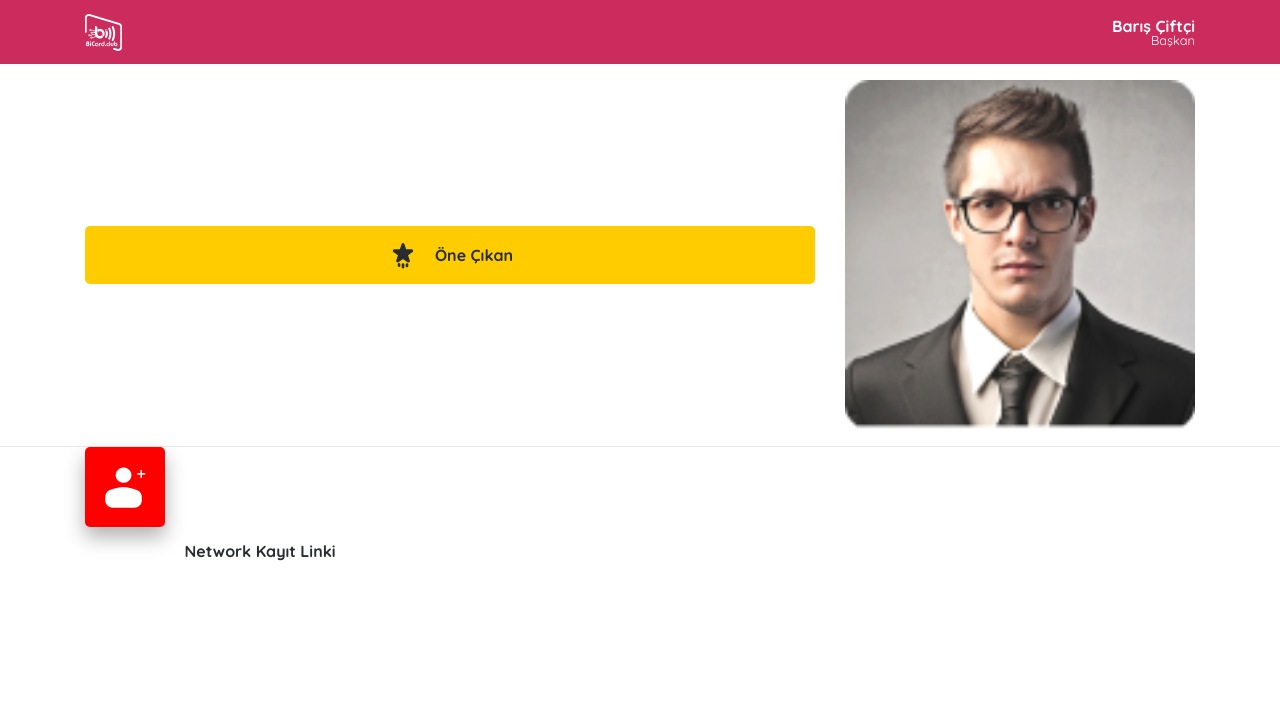
Repository: KayahanKahriman/bicard
Page: index.html
The author's editor kept a copy of each file at every save. The page is drawn from the files as they stood at one save, then again after the next save.
The browser window is 1280 px wide. The pictures show the whole page.
The style sheet was rebuilt from its Sass, Less or Tailwind sources for each picture, by a compiler version that may differ from the author's.

Above is the page before, as saved 2021-12-01 12:23:46.

### index.html
<!doctype html>
<html>

<head>
    <meta name="viewport" content="width=device-width, initial-scale=1, maximum-scale=1, user-scalable=no">
    <meta charset="utf-8" />
    <title>Title</title>
    <link rel="preconnect" href="https://fonts.googleapis.com">
    <link rel="preconnect" href="https://fonts.gstatic.com" crossorigin>
    <link href="https://fonts.googleapis.com/css2?family=Quicksand:wght@400;500;700&display=swap" rel="stylesheet">
    <link href="./assets/css/style.css" type="text/css" rel="stylesheet" />
</head>

<body>
    <header id="app-bar">
        <div class="container h-100">
            <div class="row h-100 align-items-center justify-content-between">
                <div class="col-1">
                    <img src="./assets/images/logo.png" alt="">
                </div>
                <div class="col-11">
                    <div id="app-bar-right">
                        <p id="person-name">Barış Çiftçi</p>
                        <p id="person-title">Başkan</p>
                    </div>
                </div>
            </div>
        </div>
    </header>

    <section id="profile" class="py-3">
        <div class="container">
            <div class="row align-items-center justify-content-center text-center">
                <div class="col-8">
                    <a href="#" class="button jumbo-button button-has-icon"><img src="./assets/images/ranking.svg" alt="">Öne Çıkan</a>
                </div>
                <div class="col-4">
                    <img class="img-contain" src="./assets/images/avatar.png" alt="">
                </div>
            </div>
        </div>
    </section>

    <section id="icon-grid">
        <div class="container">
            <div class="row">
                <div class="col-4">
                    <div class="icon-grid-item">
                        <div class="icon-grid-item-icon">
                            <img src="./assets/images/user-add.png" alt="">
                        </div>
                        <div class="icon-grid-item-title">
                            Network Kayıt Linki
                        </div>
                    </div>
                </div>
            </div>
        </div>
    </section>

    <script src="https://unpkg.com/swiper/swiper-bundle.min.js"></script>
    <script type="text/javascript" src="assets/js/index.js"></script>
</body>

</html>

### assets/scss/style.scss
@import "main";

#app-bar {
  background-color: var(--primary-color);
  height: var(--app-bar-height);
  width: 100%;
  color: white;

  #person-name,
  #person-title {
    line-height: 1;
    text-align: right;
    margin-bottom: 0;
  }

  #person-name {
    font-weight: 600;
  }

  #person-title {
    font-size: 0.8em;
  }
}

#profile {
  background-color: white;
  position: relative;
  top: var(--app-bar-height);
  position: sticky;
  width: 100%;
  border-bottom: 1px solid var(--border-color);
}

/*------------------------------------*\
    RESPONSIVE
\*------------------------------------*/

@media only screen and (min-width: 320px) {
}

@media only screen and (min-width: 480px) {
}

@media only screen and (min-width: 768px) {
}

@media only screen and (min-width: 1024px) {
}

@media only screen and (min-width: 1140px) {
}

@media only screen and (min-width: 1280px) {
}

@media only screen and (-webkit-min-device-pixel-ratio: 1.5),
  only screen and (min-resolution: 144dpi) {
}

### assets/scss/_main.scss
@import "./flex-grid/flexgrid";
@import "vars";
@import "https://unpkg.com/swiper/swiper-bundle.min.css";

*,
*:after,
*:before {
  margin: 0;
  padding: 0;
  -webkit-font-smoothing: antialiased;
  text-rendering: optimizeLegibility;
}

.row-no-padding {
  margin-left: 0;
  margin-right: 0;

  [class*="col-"] {
    padding-left: 0 !important;
    padding-right: 0 !important;
  }
}

a {
  color: var(--link-color);
  text-decoration: none;
}

a:hover,
a:focus,
a:active {
  text-decoration: none;
  outline: none;
}

html,
body {
  height: 100%;
  min-height: 100%;
}

body {
  font-size: 16px;
  color: var(--text-color);
  font-family: var(--primary-font);
  font-weight: 400;
}

.button {
  border-radius: 5px;
  padding: 0.5em 1em;
  transition: all 0.3s ease-in-out;

  &:hover {
    color: var(--text-color);
  }
}

.primary-button {
  background-color: var(--primary-color);

  &:hover {
    background-color: var(--primary-font);
  }
}

.jumbo-button {
  background-color: var(--secondary-color);
  font-weight: 600;
  padding: 0.8em 2em;

  &:hover {
    background-color: var(--darker-secondary-color);
  }
}

.button-has-icon {
  display: flex;
  align-items: center;
  justify-content: center;
  column-gap: 1em;

  img,
  svg {
    width: 2em;
    height: 2em;
    object-position: center;
    object-fit: contain;
  }
}

.img-contain {
  width: 100%;
  height: 100%;
  object-fit: contain;
  object-position: center center;
}
.icon-grid-item {
  display: flex;
  flex-direction: column;
  text-align: center;
  font-weight: 600;
  gap: 1em;

  .icon-grid-item-icon {
    border-radius: 5px;
    background-color: red;
    box-shadow: 0 10px 20px #00000050;
    width: 5em;
    aspect-ratio: 1 / 1;
    display: flex;
    align-items: center;
    justify-content: center;
  }

  .icon-grid-item-title {
    line-height: 1;
  }
}

### assets/scss/flex-grid/_flexgrid.scss
@import "functions";
@import "variables";
@import "mixins";
@import "reboot";
@import "utilities";
@import "grid";

### assets/scss/flex-grid/_functions.scss
// Bootstrap functions
//
// Utility mixins and functions for evaluating source code across our variables, maps, and mixins.

// Ascending
// Used to evaluate Sass maps like our grid breakpoints.
@mixin _assert-ascending($map, $map-name) {
  $prev-key: null;
  $prev-num: null;
  @each $key, $num in $map {
    @if $prev-num == null or unit($num) == "%" {
      // Do nothing
    } @else if not comparable($prev-num, $num) {
      @warn "Potentially invalid value for #{$map-name}: This map must be in ascending order, but key '#{$key}' has value #{$num} whose unit makes it incomparable to #{$prev-num}, the value of the previous key '#{$prev-key}' !";
    } @else if $prev-num >= $num {
      @warn "Invalid value for #{$map-name}: This map must be in ascending order, but key '#{$key}' has value #{$num} which isn't greater than #{$prev-num}, the value of the previous key '#{$prev-key}' !";
    }
    $prev-key: $key;
    $prev-num: $num;
  }
}

// Starts at zero
// Used to ensure the min-width of the lowest breakpoint starts at 0.
@mixin _assert-starts-at-zero($map, $map-name: "$grid-breakpoints") {
  $values: map-values($map);
  $first-value: nth($values, 1);
  @if $first-value != 0 {
    @warn "First breakpoint in #{$map-name} must start at 0, but starts at #{$first-value}.";
  }
}

// Replace `$search` with `$replace` in `$string`
// Used on our SVG icon backgrounds for custom forms.
//
// @author Hugo Giraudel
// @param {String} $string - Initial string
// @param {String} $search - Substring to replace
// @param {String} $replace ('') - New value
// @return {String} - Updated string
@function str-replace($string, $search, $replace: "") {
  $index: str-index($string, $search);

  @if $index {
    @return str-slice($string, 1, $index - 1) + $replace + str-replace(str-slice($string, $index + str-length($search)), $search, $replace);
  }

  @return $string;
}

// Color contrast
@function color-yiq($color, $dark: $yiq-text-dark, $light: $yiq-text-light) {
  $r: red($color);
  $g: green($color);
  $b: blue($color);

  $yiq: (($r * 299) + ($g * 587) + ($b * 114)) / 1000;

  @if ($yiq >= $yiq-contrasted-threshold) {
    @return $dark;
  } @else {
    @return $light;
  }
}

// Retrieve color Sass maps
@function color($key: "blue") {
  @return map-get($colors, $key);
}

@function theme-color($key: "primary") {
  @return map-get($theme-colors, $key);
}

@function gray($key: "100") {
  @return map-get($grays, $key);
}

// Request a theme color level
@function theme-color-level($color-name: "primary", $level: 0) {
  $color: theme-color($color-name);
  $color-base: if($level > 0, $black, $white);
  $level: abs($level);

  @return mix($color-base, $color, $level * $theme-color-interval);
}

### assets/scss/flex-grid/_mixins.scss
// Toggles
//
// Used in conjunction with global variables to enable certain theme features.

// Vendor
@import "vendor/rfs";


// Utilities
@import "mixins/breakpoints";
@import "mixins/image";
@import "mixins/hover";
@import "mixins/deprecate";
@import "mixins/text-hide";
@import "mixins/text-truncate";
@import "mixins/text-emphasis";
@import "mixins/size";


// // Layout
@import "mixins/clearfix";
@import "mixins/grid-framework";
@import "mixins/grid";
@import "mixins/float";

### assets/scss/flex-grid/mixins/_image.scss
// Image Mixins
// - Responsive image
// - Retina image


// Responsive image
//
// Keep images from scaling beyond the width of their parents.

@mixin img-fluid {
  // Part 1: Set a maximum relative to the parent
  max-width: 100%;
  // Part 2: Override the height to auto, otherwise images will be stretched
  // when setting a width and height attribute on the img element.
  height: auto;
}


// Retina image
//
// Short retina mixin for setting background-image and -size.

@mixin img-retina($file-1x, $file-2x, $width-1x, $height-1x) {
  background-image: url($file-1x);

  // Autoprefixer takes care of adding -webkit-min-device-pixel-ratio and -o-min-device-pixel-ratio,
  // but doesn't convert dppx=>dpi.
  // There's no such thing as unprefixed min-device-pixel-ratio since it's nonstandard.
  // Compatibility info: https://caniuse.com/#feat=css-media-resolution
  @media only screen and (min-resolution: 192dpi), // IE9-11 don't support dppx
    only screen and (min-resolution: 2dppx) { // Standardized
    background-image: url($file-2x);
    background-size: $width-1x $height-1x;
  }
  @include deprecate("`img-retina()`", "v4.3.0", "v5");
}

### assets/scss/flex-grid/mixins/_hover.scss
// Hover mixin and `$enable-hover-media-query` are deprecated.
//
// Originally added during our alphas and maintained during betas, this mixin was
// designed to prevent `:hover` stickiness on iOS-an issue where hover styles
// would persist after initial touch.
//
// For backward compatibility, we've kept these mixins and updated them to
// always return their regular pseudo-classes instead of a shimmed media query.
//
// Issue: https://github.com/twbs/bootstrap/issues/25195

@mixin hover {
  &:hover { @content; }
}

@mixin hover-focus {
  &:hover,
  &:focus {
    @content;
  }
}

@mixin plain-hover-focus {
  &,
  &:hover,
  &:focus {
    @content;
  }
}

@mixin hover-focus-active {
  &:hover,
  &:focus,
  &:active {
    @content;
  }
}

### assets/scss/flex-grid/mixins/_grid-framework.scss
// Framework grid generation
//
// Used only by Bootstrap to generate the correct number of grid classes given
// any value of `$grid-columns`.

@mixin make-grid-columns($columns: $grid-columns, $gutter: $grid-gutter-width, $breakpoints: $grid-breakpoints) {
  // Common properties for all breakpoints
  %grid-column {
    position: relative;
    width: 100%;
    padding-right: $gutter / 2;
    padding-left: $gutter / 2;
  }

  @each $breakpoint in map-keys($breakpoints) {
    $infix: breakpoint-infix($breakpoint, $breakpoints);

    // Allow columns to stretch full width below their breakpoints
    @for $i from 1 through $columns {
      .col#{$infix}-#{$i} {
        @extend %grid-column;
      }
    }
    .col#{$infix},
    .col#{$infix}-auto {
      @extend %grid-column;
    }

    @include media-breakpoint-up($breakpoint, $breakpoints) {
      // Provide basic `.col-{bp}` classes for equal-width flexbox columns
      .col#{$infix} {
        flex-basis: 0;
        flex-grow: 1;
        max-width: 100%;
      }
      .col#{$infix}-auto {
        flex: 0 0 auto;
        width: auto;
        max-width: 100%; // Reset earlier grid tiers
      }

      @for $i from 1 through $columns {
        .col#{$infix}-#{$i} {
          @include make-col($i, $columns);
        }
      }

      .order#{$infix}-first { order: -1; }

      .order#{$infix}-last { order: $columns + 1; }

      @for $i from 0 through $columns {
        .order#{$infix}-#{$i} { order: $i; }
      }

      // `$columns - 1` because offsetting by the width of an entire row isn't possible
      @for $i from 0 through ($columns - 1) {
        @if not ($infix == "" and $i == 0) { // Avoid emitting useless .offset-0
          .offset#{$infix}-#{$i} {
            @include make-col-offset($i, $columns);
          }
        }
      }
    }
  }
}

### assets/scss/flex-grid/mixins/_grid.scss
/// Grid system
//
// Generate semantic grid columns with these mixins.

@mixin make-container($gutter: $grid-gutter-width) {
  width: 100%;
  padding-right: $gutter / 2;
  padding-left: $gutter / 2;
  margin-right: auto;
  margin-left: auto;
}


// For each breakpoint, define the maximum width of the container in a media query
@mixin make-container-max-widths($max-widths: $container-max-widths, $breakpoints: $grid-breakpoints) {
  @each $breakpoint, $container-max-width in $max-widths {
    @include media-breakpoint-up($breakpoint, $breakpoints) {
      max-width: $container-max-width;
    }
  }
}

@mixin make-row($gutter: $grid-gutter-width) {
  display: flex;
  flex-wrap: wrap;
  margin-right: -$gutter / 2;
  margin-left: -$gutter / 2;
}

@mixin make-col-ready($gutter: $grid-gutter-width) {
  position: relative;
  // Prevent columns from becoming too narrow when at smaller grid tiers by
  // always setting `width: 100%;`. This works because we use `flex` values
  // later on to override this initial width.
  width: 100%;
  padding-right: $gutter / 2;
  padding-left: $gutter / 2;
}

@mixin make-col($size, $columns: $grid-columns) {
  flex: 0 0 percentage($size / $columns);
  // Add a `max-width` to ensure content within each column does not blow out
  // the width of the column. Applies to IE10+ and Firefox. Chrome and Safari
  // do not appear to require this.
  max-width: percentage($size / $columns);
}

@mixin make-col-offset($size, $columns: $grid-columns) {
  $num: $size / $columns;
  margin-left: if($num == 0, 0, percentage($num));
}

### assets/scss/flex-grid/_utilities.scss
@import "utilities/align";
@import "utilities/clearfix";
@import "utilities/display";
@import "utilities/flex";
@import "utilities/float";
@import "utilities/position";
@import "utilities/text";
@import "utilities/spacing";
@import "utilities/sizing";

### assets/scss/flex-grid/utilities/_flex.scss
// stylelint-disable declaration-no-important

// Flex variation
//
// Custom styles for additional flex alignment options.

@each $breakpoint in map-keys($grid-breakpoints) {
  @include media-breakpoint-up($breakpoint) {
    $infix: breakpoint-infix($breakpoint, $grid-breakpoints);

    .flex#{$infix}-row            { flex-direction: row !important; }
    .flex#{$infix}-column         { flex-direction: column !important; }
    .flex#{$infix}-row-reverse    { flex-direction: row-reverse !important; }
    .flex#{$infix}-column-reverse { flex-direction: column-reverse !important; }

    .flex#{$infix}-wrap         { flex-wrap: wrap !important; }
    .flex#{$infix}-nowrap       { flex-wrap: nowrap !important; }
    .flex#{$infix}-wrap-reverse { flex-wrap: wrap-reverse !important; }
    .flex#{$infix}-fill         { flex: 1 1 auto !important; }
    .flex#{$infix}-grow-0       { flex-grow: 0 !important; }
    .flex#{$infix}-grow-1       { flex-grow: 1 !important; }
    .flex#{$infix}-shrink-0     { flex-shrink: 0 !important; }
    .flex#{$infix}-shrink-1     { flex-shrink: 1 !important; }

    .justify-content#{$infix}-start   { justify-content: flex-start !important; }
    .justify-content#{$infix}-end     { justify-content: flex-end !important; }
    .justify-content#{$infix}-center  { justify-content: center !important; }
    .justify-content#{$infix}-between { justify-content: space-between !important; }
    .justify-content#{$infix}-around  { justify-content: space-around !important; }

    .align-items#{$infix}-start    { align-items: flex-start !important; }
    .align-items#{$infix}-end      { align-items: flex-end !important; }
    .align-items#{$infix}-center   { align-items: center !important; }
    .align-items#{$infix}-baseline { align-items: baseline !important; }
    .align-items#{$infix}-stretch  { align-items: stretch !important; }

    .align-content#{$infix}-start   { align-content: flex-start !important; }
    .align-content#{$infix}-end     { align-content: flex-end !important; }
    .align-content#{$infix}-center  { align-content: center !important; }
    .align-content#{$infix}-between { align-content: space-between !important; }
    .align-content#{$infix}-around  { align-content: space-around !important; }
    .align-content#{$infix}-stretch { align-content: stretch !important; }

    .align-self#{$infix}-auto     { align-self: auto !important; }
    .align-self#{$infix}-start    { align-self: flex-start !important; }
    .align-self#{$infix}-end      { align-self: flex-end !important; }
    .align-self#{$infix}-center   { align-self: center !important; }
    .align-self#{$infix}-baseline { align-self: baseline !important; }
    .align-self#{$infix}-stretch  { align-self: stretch !important; }
  }
}

### assets/scss/flex-grid/utilities/_text.scss
// stylelint-disable declaration-no-important

//
// Text
//

.text-monospace { font-family: $font-family-monospace !important; }

// Alignment

.text-justify  { text-align: justify !important; }
.text-wrap     { white-space: normal !important; }
.text-nowrap   { white-space: nowrap !important; }
.text-truncate { @include text-truncate; }

// Responsive alignment

@each $breakpoint in map-keys($grid-breakpoints) {
  @include media-breakpoint-up($breakpoint) {
    $infix: breakpoint-infix($breakpoint, $grid-breakpoints);

    .text#{$infix}-left   { text-align: left !important; }
    .text#{$infix}-right  { text-align: right !important; }
    .text#{$infix}-center { text-align: center !important; }
  }
}

// Transformation

.text-lowercase  { text-transform: lowercase !important; }
.text-uppercase  { text-transform: uppercase !important; }
.text-capitalize { text-transform: capitalize !important; }

// Weight and italics

.font-weight-light   { font-weight: $font-weight-light !important; }
.font-weight-lighter { font-weight: $font-weight-lighter !important; }
.font-weight-normal  { font-weight: $font-weight-normal !important; }
.font-weight-bold    { font-weight: $font-weight-bold !important; }
.font-weight-bolder  { font-weight: $font-weight-bolder !important; }
.font-italic         { font-style: italic !important; }

// Contextual colors

.text-white { color: $white !important; }

@each $color, $value in $theme-colors {
  @include text-emphasis-variant(".text-#{$color}", $value);
}

.text-body { color: $body-color !important; }
.text-muted { color: $text-muted !important; }

.text-black-50 { color: rgba($black, .5) !important; }
.text-white-50 { color: rgba($white, .5) !important; }

// Misc

.text-hide {
  @include text-hide($ignore-warning: true);
}

.text-decoration-none { text-decoration: none !important; }

.text-break {
  word-break: break-word !important; // IE & < Edge 18
  overflow-wrap: break-word !important;
}

// Reset

.text-reset { color: inherit !important; }

### assets/scss/flex-grid/utilities/_spacing.scss
// stylelint-disable declaration-no-important

// Margin and Padding

@each $breakpoint in map-keys($grid-breakpoints) {
  @include media-breakpoint-up($breakpoint) {
    $infix: breakpoint-infix($breakpoint, $grid-breakpoints);

    @each $prop, $abbrev in (margin: m, padding: p) {
      @each $size, $length in $spacers {
        .#{$abbrev}#{$infix}-#{$size} { #{$prop}: $length !important; }
        .#{$abbrev}t#{$infix}-#{$size},
        .#{$abbrev}y#{$infix}-#{$size} {
          #{$prop}-top: $length !important;
        }
        .#{$abbrev}r#{$infix}-#{$size},
        .#{$abbrev}x#{$infix}-#{$size} {
          #{$prop}-right: $length !important;
        }
        .#{$abbrev}b#{$infix}-#{$size},
        .#{$abbrev}y#{$infix}-#{$size} {
          #{$prop}-bottom: $length !important;
        }
        .#{$abbrev}l#{$infix}-#{$size},
        .#{$abbrev}x#{$infix}-#{$size} {
          #{$prop}-left: $length !important;
        }
      }
    }

    // Negative margins (e.g., where `.mb-n1` is negative version of `.mb-1`)
    @each $size, $length in $spacers {
      @if $size != 0 {
        .m#{$infix}-n#{$size} { margin: -$length !important; }
        .mt#{$infix}-n#{$size},
        .my#{$infix}-n#{$size} {
          margin-top: -$length !important;
        }
        .mr#{$infix}-n#{$size},
        .mx#{$infix}-n#{$size} {
          margin-right: -$length !important;
        }
        .mb#{$infix}-n#{$size},
        .my#{$infix}-n#{$size} {
          margin-bottom: -$length !important;
        }
        .ml#{$infix}-n#{$size},
        .mx#{$infix}-n#{$size} {
          margin-left: -$length !important;
        }
      }
    }

    // Some special margin utils
    .m#{$infix}-auto { margin: auto !important; }
    .mt#{$infix}-auto,
    .my#{$infix}-auto {
      margin-top: auto !important;
    }
    .mr#{$infix}-auto,
    .mx#{$infix}-auto {
      margin-right: auto !important;
    }
    .mb#{$infix}-auto,
    .my#{$infix}-auto {
      margin-bottom: auto !important;
    }
    .ml#{$infix}-auto,
    .mx#{$infix}-auto {
      margin-left: auto !important;
    }
  }
}

### assets/scss/flex-grid/_grid.scss
// Container widths
//
// Set the container width, and override it for fixed navbars in media queries.

@if $enable-grid-classes {
  .container {
    @include make-container();
    @include make-container-max-widths();
  }
}

// Fluid container
//
// Utilizes the mixin meant for fixed width containers, but with 100% width for
// fluid, full width layouts.

@if $enable-grid-classes {
  .container-fluid {
    @include make-container();
  }
}

// Row
//
// Rows contain and clear the floats of your columns.

@if $enable-grid-classes {
  .row {
    @include make-row();
  }

  // Remove the negative margin from default .row, then the horizontal padding
  // from all immediate children columns (to prevent runaway style inheritance).
  .no-gutters {
    margin-right: 0;
    margin-left: 0;

    > .col,
    > [class*="col-"] {
      padding-right: 0;
      padding-left: 0;
    }
  }
}

// Columns
//
// Common styles for small and large grid columns

@if $enable-grid-classes {
  @include make-grid-columns();
}

### assets/scss/_vars.scss
:root {
  // Fonts
  --quicksand: "Quicksand", sans-serif;
  --primary-font: var(--quicksand);

  // Colors
  --primary-color: #cc2b5e;
  --darker-primary-color: #b12451;
  --secondary-color: #ffcc00;
  --darker-secondary-color: #d4aa00;
  --text-color: #292d32;
  --link-color: #292d32;
  --alt-text-color: #616e7d;
  --border-color: #eaeaea;

  // Sizes
  --app-bar-height: 4em;
}

Loaded but not shown: assets/scss/flex-grid/vendor/_rfs.scss (common file); assets/scss/flex-grid/mixins/_deprecate.scss (common file); assets/scss/flex-grid/mixins/_text-hide.scss (common file); assets/scss/flex-grid/mixins/_text-truncate.scss (common file); assets/scss/flex-grid/mixins/_text-emphasis.scss (common file); assets/scss/flex-grid/mixins/_size.scss (common file); assets/scss/flex-grid/mixins/_clearfix.scss (common file); assets/scss/flex-grid/mixins/_float.scss (common file); assets/scss/flex-grid/utilities/_align.scss (common file); assets/scss/flex-grid/utilities/_clearfix.scss (common file); assets/scss/flex-grid/utilities/_display.scss (common file); assets/scss/flex-grid/utilities/_float.scss (common file); assets/scss/flex-grid/utilities/_position.scss (common file); assets/scss/flex-grid/utilities/_sizing.scss (common file); assets/js/index.js (6 lines, source omitted); assets/scss/flex-grid/_variables.scss (1123 lines, source omitted); assets/scss/flex-grid/_reboot.scss (483 lines, source omitted); assets/scss/flex-grid/mixins/_breakpoints.scss (123 lines, source omitted)

After the next save:
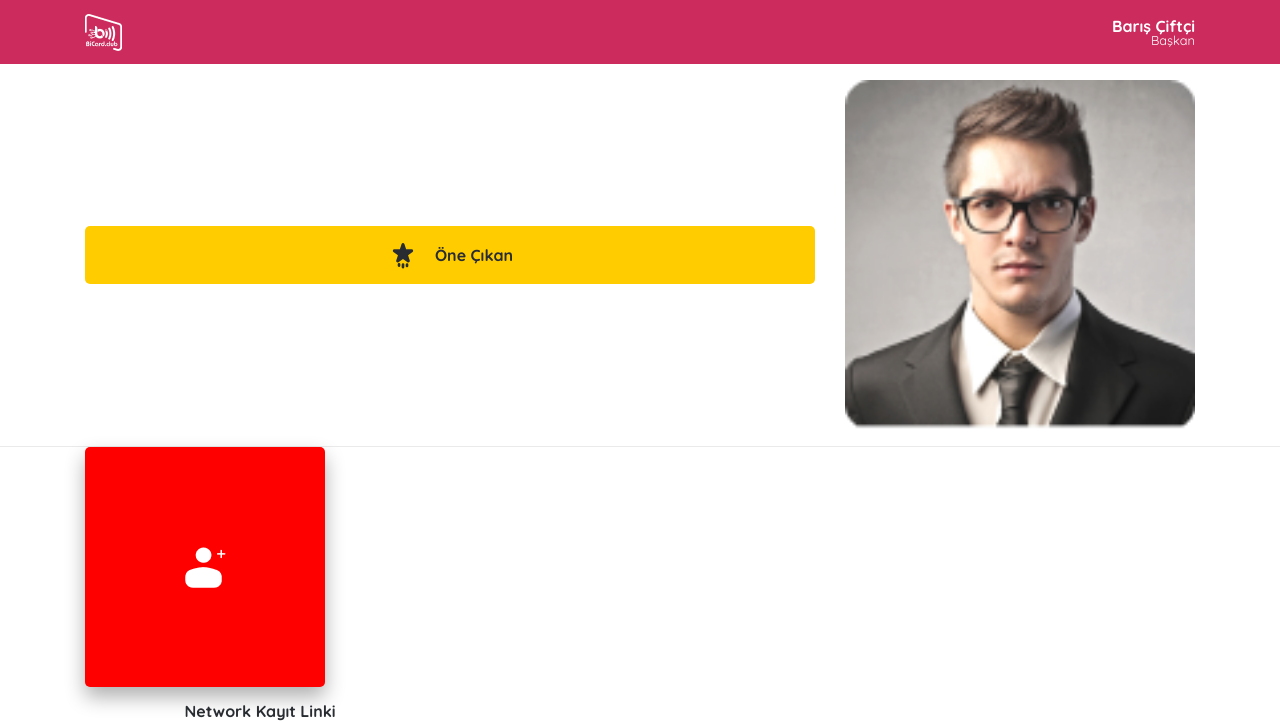
Saved 4 s later.
--- a/assets/scss/_main.scss
+++ b/assets/scss/_main.scss
@@ -106,7 +106,7 @@
     border-radius: 5px;
     background-color: red;
     box-shadow: 0 10px 20px #00000050;
-    width: 5em;
+    width: 15em;
     aspect-ratio: 1 / 1;
     display: flex;
     align-items: center;
